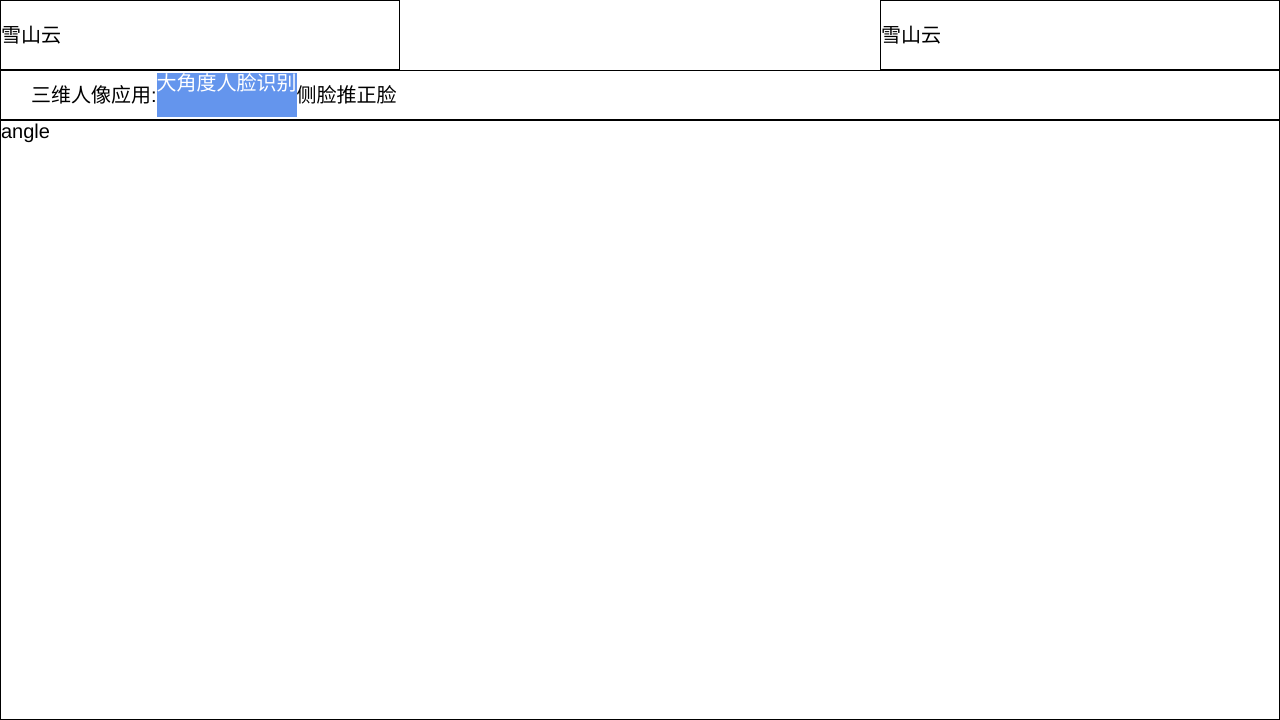
Repository: fyt2020/pubilcDemlo
Page: /
An editor plug-in stored every save of this project. The page is shown before and after the next save, followed by the edit.
The browser window is 1280 px wide. The pictures show the whole page.
The project was rebuilt for these pictures with package versions that can differ from the ones it lists, and the page was loaded fresh each time.

Above is the page before, as saved 2020-04-27 12:14:06.

After the next save:
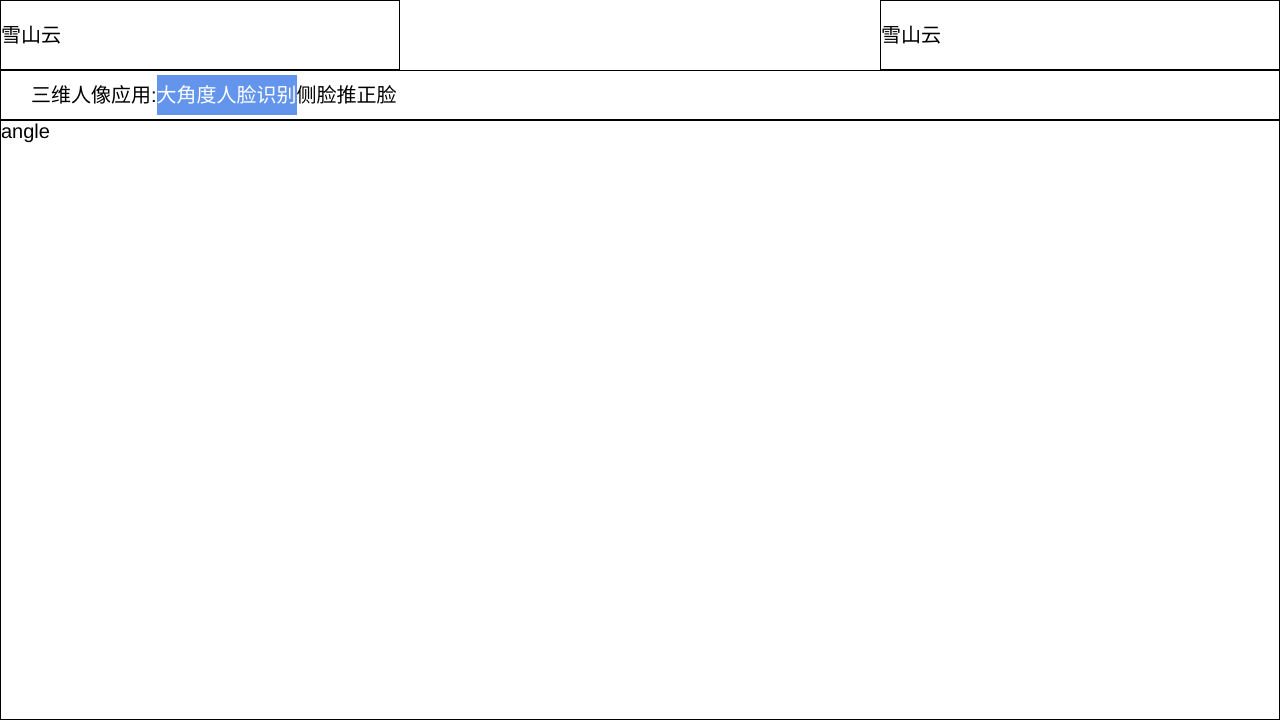
Saved 22 s later.
--- a/src/assets/css/home.scss
+++ b/src/assets/css/home.scss
@@ -36,7 +36,9 @@
         padding: 0 30px;
         &__item.exactActive{
              display: flex;
-             height: 90%;
+             height: 40px;
+             line-height: 40px;
+
              background-color: cornflowerblue;
              color: #fff;
         }
